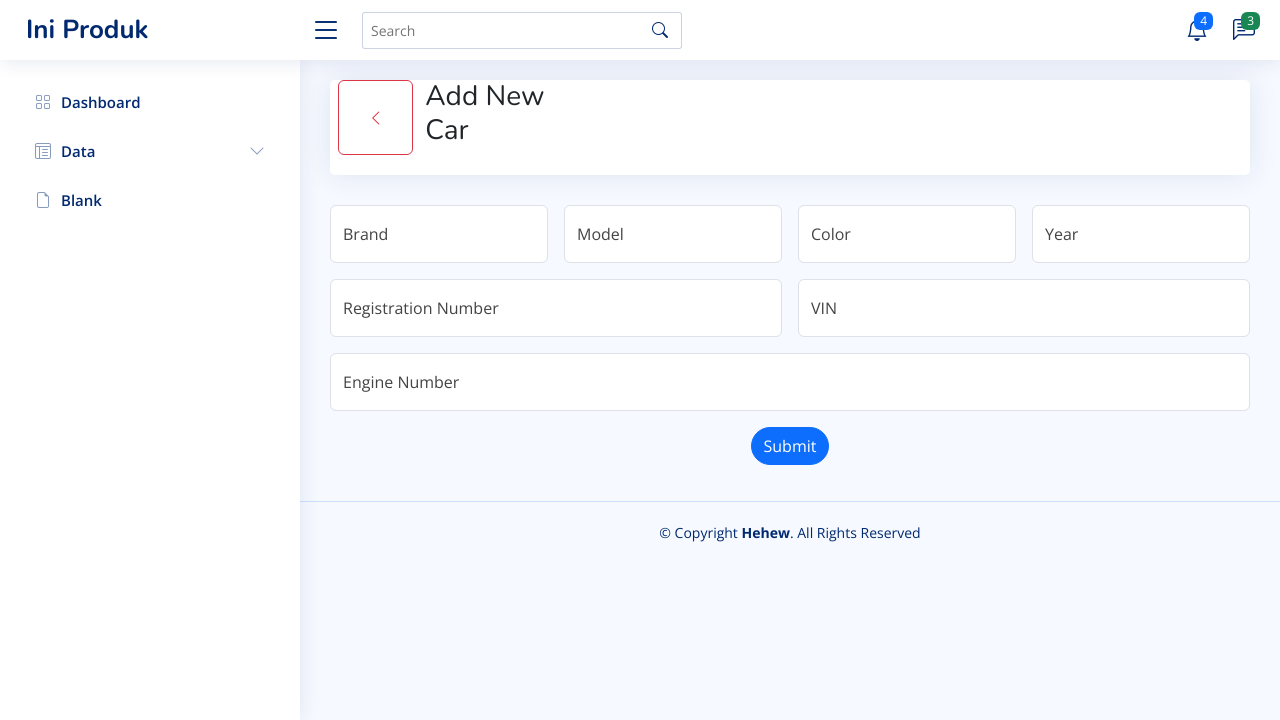
Repository: Jistoper/car_rental
Page: http://localhost/create
The author's editor kept a copy of each file at every save. The page is drawn from the files as they stood at one save, then again after the next save.
The browser window is 1280 px wide. The pictures show the whole page.
The page is served by the project's Laravel application, run on PHP 8.4 with Laravel 9.

Above is the page before, as saved 2023-06-25 15:17:26.

After the next save:
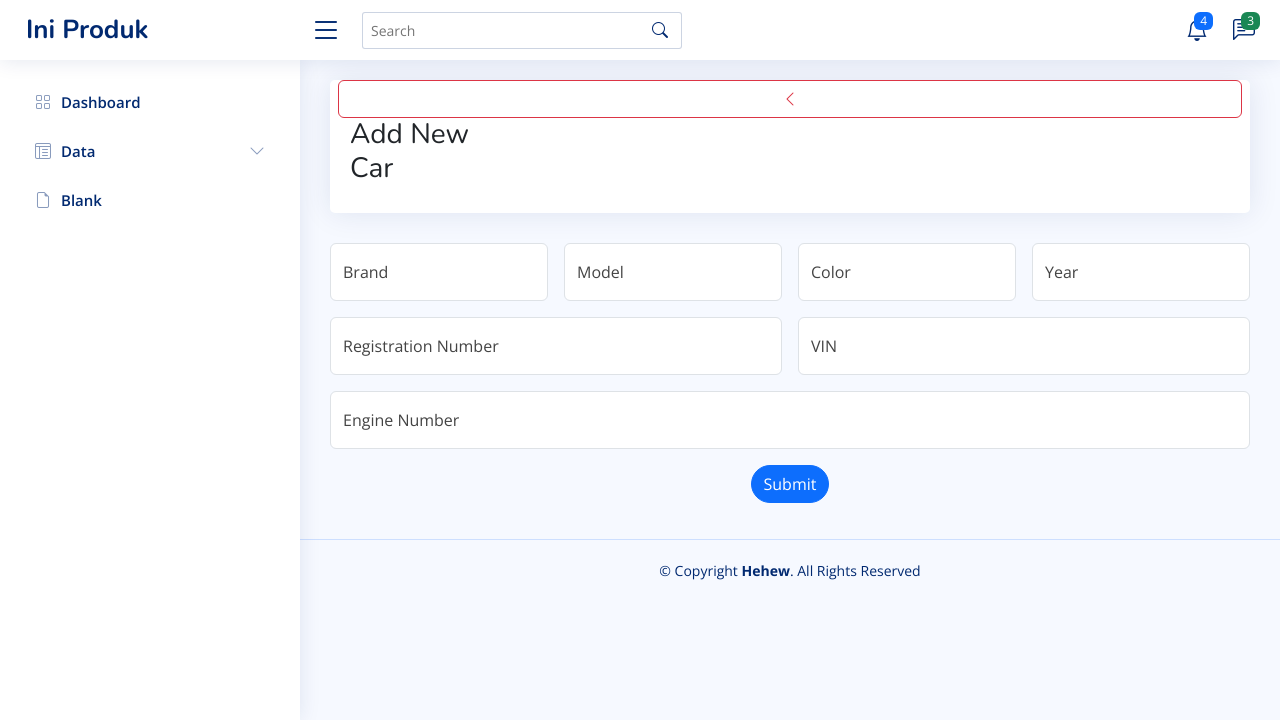
Saved 17 s later.
--- a/resources/views/backsite/content/car/createcar.blade.php
+++ b/resources/views/backsite/content/car/createcar.blade.php
@@ -5,7 +5,7 @@
 <div>
     <div class="card">
       <div class="card-body row">
-        <button type="button" href="{{ route('car.getall') }}" class="btn btn-outline-danger bi-chevron-left col-md-1"></button>
+        <button type="button" href="{{ route('car.getall') }}" class="btn btn-outline-danger bi-chevron-left"></button>
         <h3 class="col-md-2">Add New Car</h3>
       </div>
     </div>

After the save that followed:
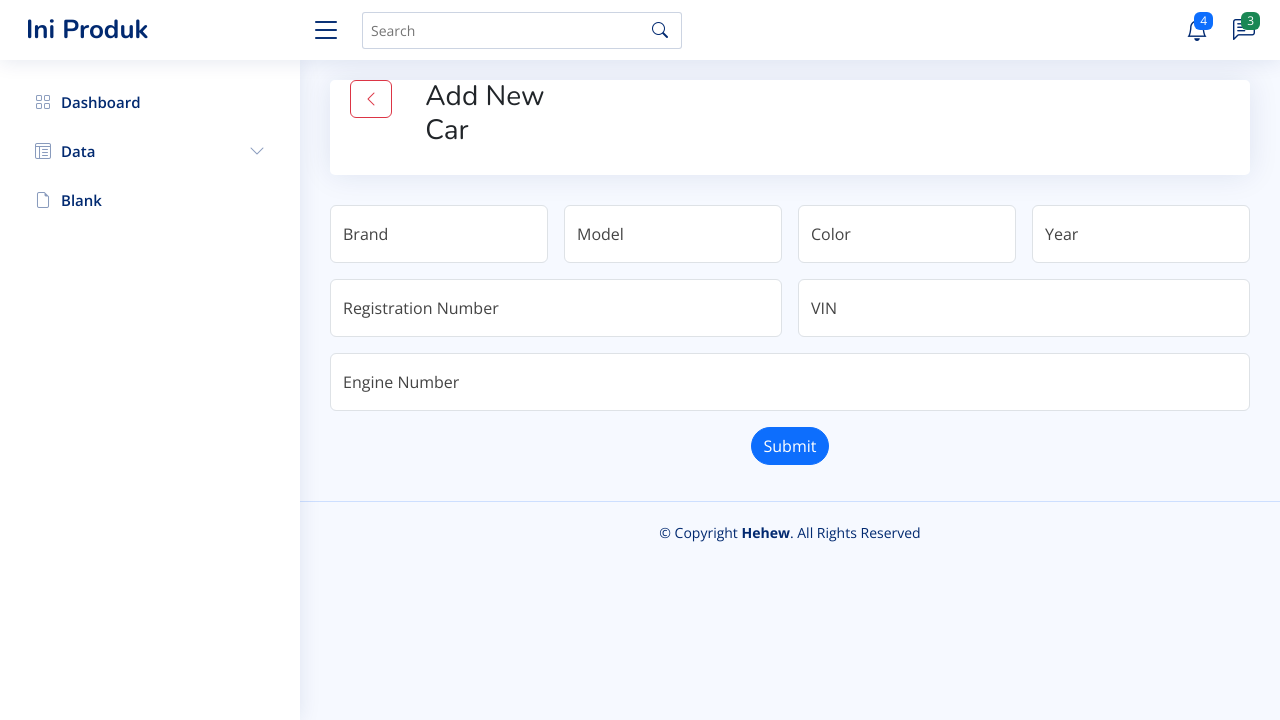
Saved 33 s later.
--- a/resources/views/backsite/content/car/createcar.blade.php
+++ b/resources/views/backsite/content/car/createcar.blade.php
@@ -5,7 +5,9 @@
 <div>
     <div class="card">
       <div class="card-body row">
-        <button type="button" href="{{ route('car.getall') }}" class="btn btn-outline-danger bi-chevron-left"></button>
+        <div class="col-md-1">
+          <button type="button" href="{{ route('car.getall') }}" class="btn btn-outline-danger bi-chevron-left"></button>
+        </div>
         <h3 class="col-md-2">Add New Car</h3>
       </div>
     </div>
